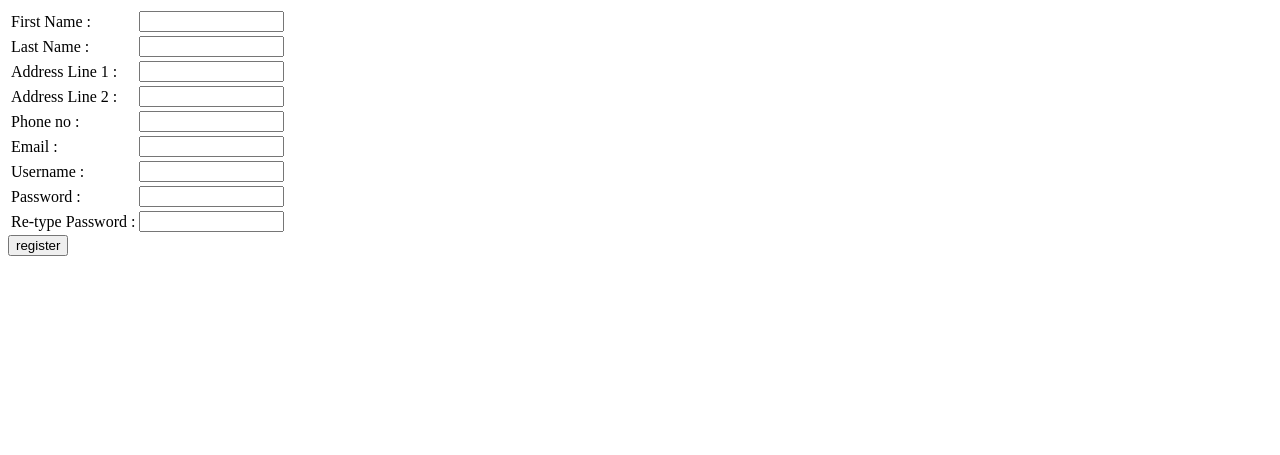
Repository: IosifDobos/Beatrice-Boutique
Page: BeatriceBoutique/Java/WorkSpace/BeatriceBoutique/WebContent/register.html
These files come from the project's save history. The page is drawn as it stood at one moment and after the next save; the edit follows.
The browser window is 1280 px wide. The pictures show the whole page.

Above is the page before, as saved 2018-11-29 22:14:58.

After the next save:
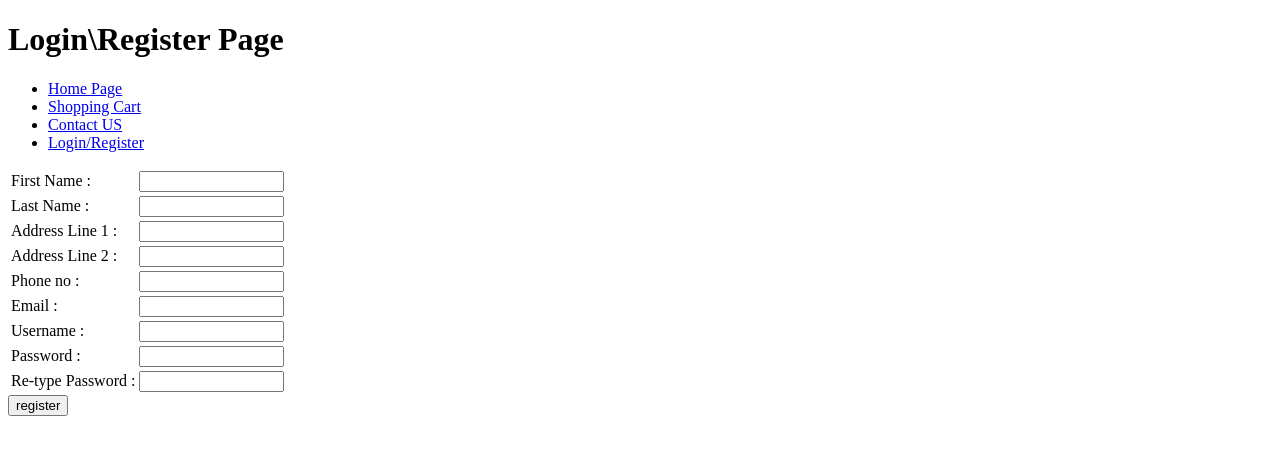
Saved 27 s later.
--- a/BeatriceBoutique/Java/WorkSpace/BeatriceBoutique/WebContent/register.html
+++ b/BeatriceBoutique/Java/WorkSpace/BeatriceBoutique/WebContent/register.html
@@ -7,7 +7,16 @@
 </head>
 <body>
 
-	<div>
+	<h1>Login\Register Page</h1>
+
+	<ul>
+		<li><a href="homePage.html">Home Page</a></li>
+		<li><a href="viewShoppingCart.html">Shopping Cart</a></li>
+		<li><a href="contact.html">Contact US</a></li>
+		<li><a href="login.html">Login/Register</a></li>
+	</ul>
+
+	<div id = "container">
 		<form action="FrontController" method="post">
 	    	<table>
 	    		<tr>
